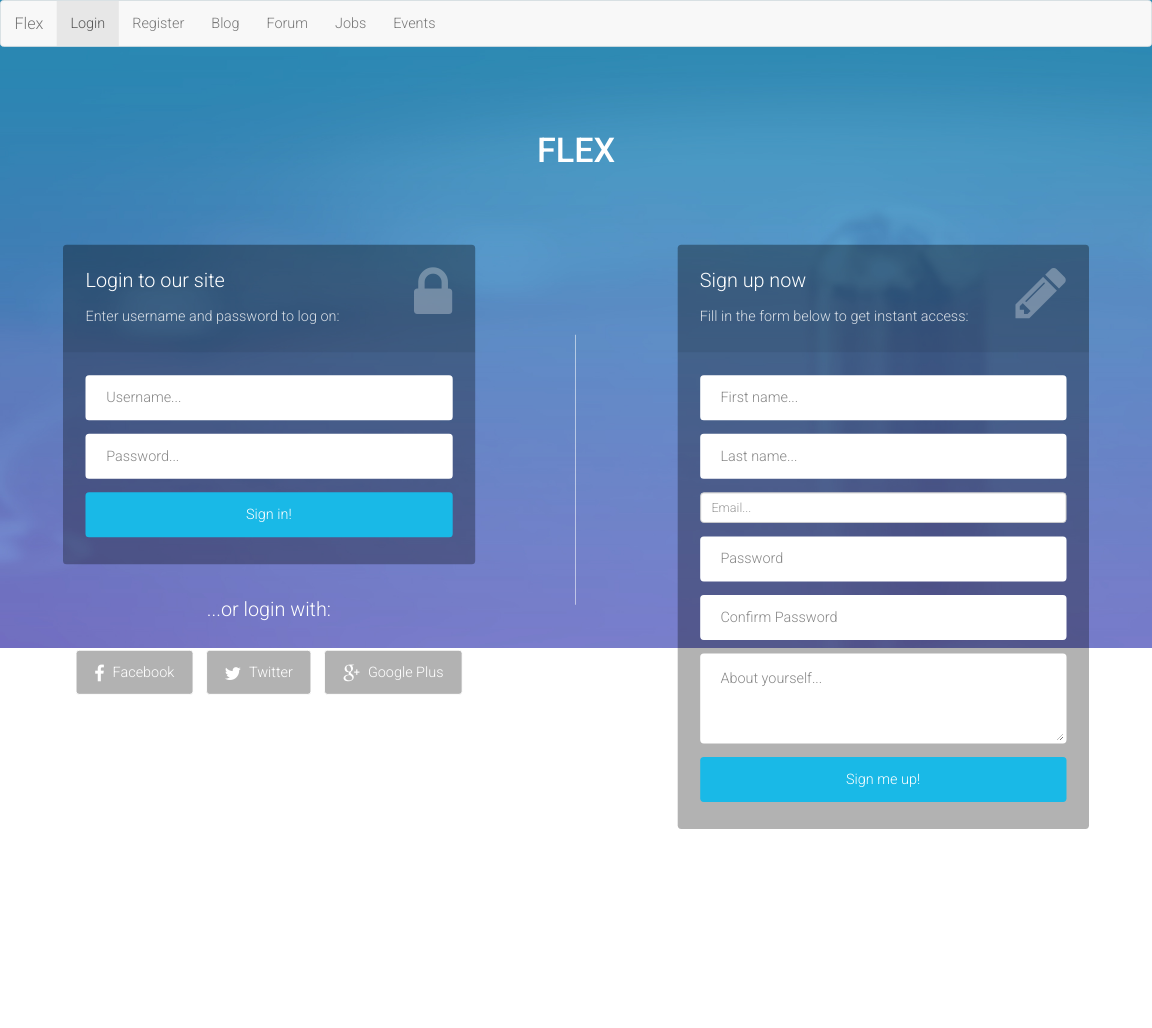
Repository: Angelamritha2012/Flex
Page: Collaboration/WebContent/index.html
An editor plug-in stored every save of this project. The page is shown before and after the next save, followed by the edit.
The browser window is 1280 px wide. The pictures show the whole page, at 90% of full size.
Some web libraries are served in a nearby version.

Above is the page before, as saved 2017-11-30 10:02:05.

### Collaboration/WebContent/index.html
<!DOCTYPE html>
<html ng-app="">

    <head>
   <!--  <link rel="stylesheet" href="https://cdnjs.cloudflare.com/ajax/libs/materialize/0.100.2/css/materialize.min.css">

  Compiled and minified JavaScript

   <script src="https://cdnjs.cloudflare.com/ajax/libs/materialize/0.100.2/js/materialize.min.js"></script>
            -->
      <script src = "http://ajax.googleapis.com/ajax/libs/angularjs/1.3.14/angular.min.js"></script>

        <meta charset="utf-8">
        <meta http-equiv="X-UA-Compatible" content="IE=edge">
        <meta name="viewport" content="width=device-width, initial-scale=1">
        <title>FLEX</title>

        <!-- CSS -->
        <link rel="stylesheet" href="http://fonts.googleapis.com/css?family=Roboto:400,100,300,500">
        <link rel="stylesheet" href="assets/bootstrap/css/bootstrap.min.css">
        <link rel="stylesheet" href="assets/font-awesome/css/font-awesome.min.css">
		<link rel="stylesheet" href="assets/css/form-elements.css">
        <link rel="stylesheet" href="assets/css/style.css">

        <!-- HTML5 Shim and Respond.js IE8 support of HTML5 elements and media queries -->
        <!-- WARNING: Respond.js doesn't work if you view the page via file:// -->
        <!--[if lt IE 9]>
            <script src="https://oss.maxcdn.com/libs/html5shiv/3.7.0/html5shiv.js"></script>
            <script src="https://oss.maxcdn.com/libs/respond.js/1.4.2/respond.min.js"></script>
        <![endif]-->

        <!-- Favicon and touch icons -->
        <link rel="shortcut icon" href="assets/ico/favicon.png">
        <link rel="apple-touch-icon-precomposed" sizes="144x144" href="assets/ico/apple-touch-icon-144-precomposed.png">
        <link rel="apple-touch-icon-precomposed" sizes="114x114" href="assets/ico/apple-touch-icon-114-precomposed.png">
        <link rel="apple-touch-icon-precomposed" sizes="72x72" href="assets/ico/apple-touch-icon-72-precomposed.png">
        <link rel="apple-touch-icon-precomposed" href="assets/ico/apple-touch-icon-57-precomposed.png">

    </head>

    <body>

<nav class="navbar navbar-default">
  <div class="container-fluid">
    <div class="navbar-header">
      <a class="navbar-brand" href="#">Flex</a>
    </div>
    <ul class="nav navbar-nav">
      <li class="active"><a href="#">Login</a></li>
      <li><a href="#">Register</a></li>
      <li><a href="blog.html">Blog</a></li>
      <li><a href="forum.html">Forum</a></li>
	        <li><a href="job.html">Jobs</a></li>
	        <li><a href="event.html">Events</a></li>

    </ul>
  </div>
</nav>

        <!-- Top content -->
        <div class="top-content">

            <div class="inner-bg">
                <div class="container">

                    <div class="row">
                        <div class="col-sm-8 col-sm-offset-2 text">
                            <h1><strong>FLEX</strong></h1>

                        </div>
                    </div>

                    <div class="row">
                        <div class="col-sm-5">

                        	<div class="form-box">
	                        	<div class="form-top">
	                        		<div class="form-top-left">
	                        			<h3>Login to our site</h3>
	                            		<p>Enter username and password to log on:</p>
	                        		</div>
	                        		<div class="form-top-right">
	                        			<i class="fa fa-lock"></i>
	                        		</div>
	                            </div>
	                            <div class="form-bottom">
	                            <form name="myForm" ng-submit="submitForm()" novalidate>

				                    <div class="form-group">
				                    		<label class="sr-only" for="form-username">Username</label>
				                        	<input type="text" name="form-username" placeholder="Username..." class="form-username form-control" id="form-username">
				                        </div>

				                        <div class="form-group">
				                        	<label class="sr-only" for="form-password">Password</label>
				                        	<input type="password" name="form-password" placeholder="Password..." class="form-password form-control" id="form-password">
				                        </div>
				                        <button type="submit" class="btn">Sign in!</button>
				                    </form>
			                    </div>
		                    </div>

		                	<div class="social-login">
	                        	<h3>...or login with:</h3>
	                        	<div class="social-login-buttons">
		                        	<a class="btn btn-link-2" href="#">
		                        		<i class="fa fa-facebook"></i> Facebook
		                        	</a>
		                        	<a class="btn btn-link-2" href="#">
		                        		<i class="fa fa-twitter"></i> Twitter
		                        	</a>
		                        	<a class="btn btn-link-2" href="#">
		                        		<i class="fa fa-google-plus"></i> Google Plus
		                        	</a>
	                        	</div>
	                        </div>

                        </div>
                        <div class="col-sm-1 middle-border"></div>
                        <div class="col-sm-1"></div>

                        <div class="col-sm-5">

                        	<div class="form-box">
                        		<div class="form-top">
	                        		<div class="form-top-left">
	                        			<h3>Sign up now</h3>
	                            		<p>Fill in the form below to get instant access:</p>
	                        		</div>
	                        		<div class="form-top-right">
	                        			<i class="fa fa-pencil"></i>
	                        		</div>
	                            </div>
	                            <div class="form-bottom">

<form name="userForm" ng-submit="submitForm()" novalidate>
				                    	<!-- <div class="form-group">
				                    		<!-- <label class="sr-only" for="form-first-name">First name</label>
				                        	<input type="text" name="first-name" placeholder="First name..." class="form-first-name form-control" id="form-first-name" ng-model = "firstName" required>
				                        	  <span style="color:red" ng-show="myForm.firstname.$dirty && myForm.firstname.$invalid">
  <span ng-show="myForm.firstname.$error.required">firstname is required.</span>
  </span>
				                       <input name = "firstname" type = "text" ng-model = "firstName" required>
                     <span style = "color:red" ng-show = "studentForm.firstname.$dirty && studentForm.firstname.$invalid">
                        <span ng-show = "Form.firstname.$error.required">First Name is required.</span>
                     </span>
				                        </div>
				                        <label>First Name:</label>
<input type="text" name="FirstName" ng-model="firstName" required />
<div ng-messages="myForm.firstName.$error">
  <div ng-message="required">This field is required</div>
</div>
				                        </div>
				                         -->
				                         <div class="form-group" ng-class="{ 'has-error' : userForm.name.$invalid && !userForm.name.$pristine }">
				                        	<label class="sr-only" for="form-firstname">First name</label>

            <input type="text" name="name" class="form-control" placeholder="First name..."ng-model="user.name" required>

            <p style="color:white" ng-show="userForm.name.$invalid && !userForm.name.$pristine" class="help-block">You first name is required.</p>
        </div>

				                       <div class="form-group" ng-class="{ 'has-error' : userForm.name.$invalid && !userForm.name.$pristine }">
				                        	<label class="sr-only" for="form-lastname">Last name</label>

            <input type="text" name="lastname" class="form-control" placeholder="Last name..."ng-model="user.lastname" required>

            <p style="color:white" ng-show="userForm.lastname.$invalid && !userForm.lastname.$pristine" class="help-block">You last name is required.</p>
        </div>
				                         <div class="form-group" ng-class="{ 'has-error' : userForm.email.$invalid && !userForm.email.$pristine }">
				                        	<label class="sr-only" for="form-email">Email</label>

            <input type="email" name="email" class="form-control" placeholder="Email..." ng-model="user.email" required >
              <span style="color:white" ng-show="userForm.email.$dirty && userForm.email.$invalid">

<span ng-show="userForm.email.$error.required">Email is required.</span>
  <span ng-show="userForm.email.$error.email">Invalid email address.</span>
  </span>
        </div>

										 <!-- <div class="form-group">
				                        	<label class="sr-only" for="password">PassWord</label>
				                        	<input type="text" name="form-password" placeholder="Password" class="form-password form-control" id="form-password">
				                        </div>

										<div class="form-group">
				                        	<label class="sr-only" for="confirm password">Confirm PassWord</label>
				                        	<input type="text" name="form-confirm-password" placeholder="Confirm Password" class="form-confirm-password form-control" id="form-confirm-password">
				                        </div> -->
				                         <div class="form-group">
        <input name="password" type="password" class="form-control" placeholder="Password" ng-model="formData.password" ng-pattern="/(?=.*[a-z])(?=.*[A-Z])(?=.*[^a-zA-Z])/" required />
        <span style="color:white" ng-show="!userForm.password.$error.required &&  userForm.password.$error.pattern && userForm.password.$dirty">Must contain one lower &amp; uppercase letter, and one non-alpha character (a number or a symbol.)</span>
      </div>
      <div class="form-group">
        <input name="confirm_password" type="password" class="form-control" placeholder="Confirm Password" ng-model="formData.confirmPassword" ng-pattern="formData.password" required />
        <span style="color:white" ng-show="formData.password != formData.confirmPassword">Your passwords must match.</span>
      </div>
      <div>


				                        <div class="form-group">
				                        	<label class="sr-only" for="form-about-yourself">About yourself</label>
				                        	<textarea name="form-about-yourself" placeholder="About yourself..."
				                        				class="form-about-yourself form-control" id="form-about-yourself"></textarea>
				                        </div>
				                        <button type="submit" class="btn" ng-disabled="formData.password != formData.confirmPassword" ng-click="createUser()">Sign me up!</button>
				                    </form>

			                    </div>
                        	</div>

                        </div>
                    </div>

                </div>
            </div>

        </div>

        <!-- Footer -->
        <footer>
        	<div class="container">
        		<div class="row">

        			<div class="col-sm-8 col-sm-offset-2">
        				<div class="footer-border"></div>
        				<p>Made by Flex at <a href="http://azmind.com" target="_blank"><strong>FLEX</strong></a>
        					having a lot of fun. <i class="fa fa-smile-o"></i></p>
        			</div>

        		</div>
        	</div>
        </footer>

        <!-- Javascript -->
        <script src="assets/js/jquery-1.11.1.min.js"></script>
        <script src="assets/bootstrap/js/bootstrap.min.js"></script>
        <script src="assets/js/jquery.backstretch.min.js"></script>
        <script src="assets/js/scripts.js"></script>

        <!--[if lt IE 10]>
            <script src="assets/js/placeholder.js"></script>
        <![endif]-->

</body>
</html>

### Collaboration/WebContent/assets/css/form-elements.css

input[type="text"],
input[type="password"],
textarea,
textarea.form-control {
	height: 50px;
    margin: 0;
    padding: 0 20px;
    vertical-align: middle;
    background: #fff;
    border: 3px solid #fff;
    font-family: 'Roboto', sans-serif;
    font-size: 16px;
    font-weight: 300;
    line-height: 50px;
    color: #888;
    -moz-border-radius: 4px; -webkit-border-radius: 4px; border-radius: 4px;
    -moz-box-shadow: none; -webkit-box-shadow: none; box-shadow: none;
    -o-transition: all .3s; -moz-transition: all .3s; -webkit-transition: all .3s; -ms-transition: all .3s; transition: all .3s;
}

textarea,
textarea.form-control {
	padding-top: 10px;
	padding-bottom: 10px;
	line-height: 30px;
}

input[type="text"]:focus,
input[type="password"]:focus,
textarea:focus,
textarea.form-control:focus {
	outline: 0;
	background: #fff;
    border: 3px solid #fff;
    -moz-box-shadow: none; -webkit-box-shadow: none; box-shadow: none;
}

input[type="text"]:-moz-placeholder, input[type="password"]:-moz-placeholder,
textarea:-moz-placeholder, textarea.form-control:-moz-placeholder { color: #888; }

input[type="text"]:-ms-input-placeholder, input[type="password"]:-ms-input-placeholder,
textarea:-ms-input-placeholder, textarea.form-control:-ms-input-placeholder { color: #888; }

input[type="text"]::-webkit-input-placeholder, input[type="password"]::-webkit-input-placeholder,
textarea::-webkit-input-placeholder, textarea.form-control::-webkit-input-placeholder { color: #888; }



button.btn {
	height: 50px;
    margin: 0;
    padding: 0 20px;
    vertical-align: middle;
    background: #19b9e7;
    border: 0;
    font-family: 'Roboto', sans-serif;
    font-size: 16px;
    font-weight: 300;
    line-height: 50px;
    color: #fff;
    -moz-border-radius: 4px; -webkit-border-radius: 4px; border-radius: 4px;
    text-shadow: none;
    -moz-box-shadow: none; -webkit-box-shadow: none; box-shadow: none;
    -o-transition: all .3s; -moz-transition: all .3s; -webkit-transition: all .3s; -ms-transition: all .3s; transition: all .3s;
}

button.btn:hover { opacity: 0.6; color: #fff; }

button.btn:active { outline: 0; opacity: 0.6; color: #fff; -moz-box-shadow: none; -webkit-box-shadow: none; box-shadow: none; }

button.btn:focus { outline: 0; opacity: 0.6; background: #19b9e7; color: #fff; }

button.btn:active:focus, button.btn.active:focus { outline: 0; opacity: 0.6; background: #19b9e7; color: #fff; }

Loaded but not shown: Collaboration/WebContent/assets/bootstrap/css/bootstrap.min.css (library); Collaboration/WebContent/assets/font-awesome/css/font-awesome.min.css (library); Collaboration/WebContent/assets/js/jquery-1.11.1.min.js (library); Collaboration/WebContent/assets/bootstrap/js/bootstrap.min.js (library); Collaboration/WebContent/assets/js/jquery.backstretch.min.js (library); Collaboration/WebContent/assets/js/scripts.js (52 lines, source omitted); Collaboration/WebContent/assets/css/style.css (402 lines, source omitted)

After the next save:
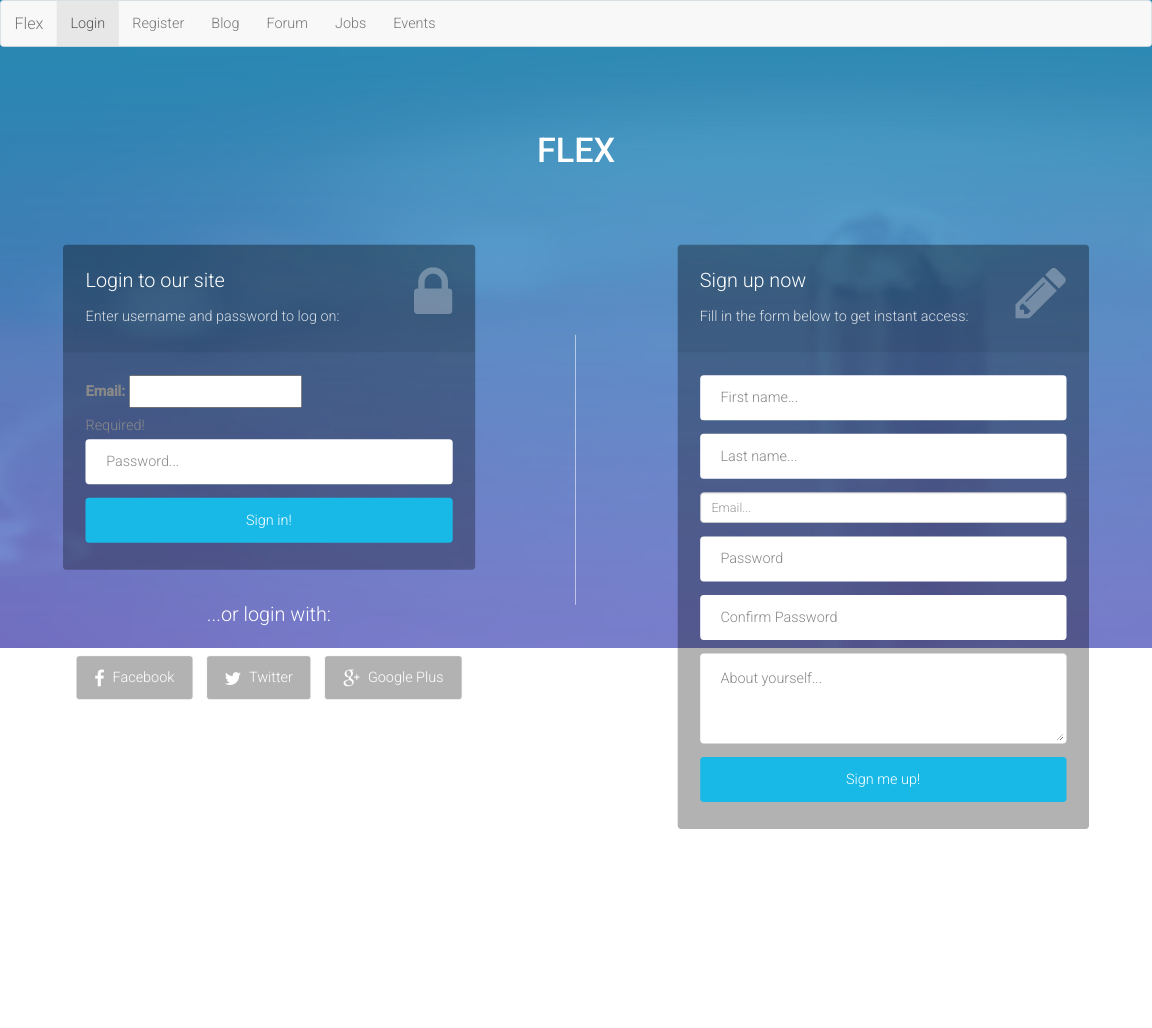
Saved 6 min 15 s later.
--- a/Collaboration/WebContent/index.html
+++ b/Collaboration/WebContent/index.html
@@ -86,10 +86,19 @@
 	                            <div class="form-bottom">
 	                            <form name="myForm" ng-submit="submitForm()" novalidate>
 
-				                    <div class="form-group">
+				                   <!--  <div class="form-group">
 				                    		<label class="sr-only" for="form-username">Username</label>
 				                        	<input type="text" name="form-username" placeholder="Username..." class="form-username form-control" id="form-username">
-				                        </div>
+				                        </div>	 -->
+				                         <label>Email:
+      <input type="email" name="input" ng-model="email.text" required>
+    </label>
+    <div role="alert">
+      <span class="error" ng-show="myForm.input.$error.required">
+        Required!</span>
+      <span class="error" ng-show="myForm.input.$error.email">
+        Not valid email!</span>
+    </div>
 
 				                        <div class="form-group">
 				                        	<label class="sr-only" for="form-password">Password</label>
